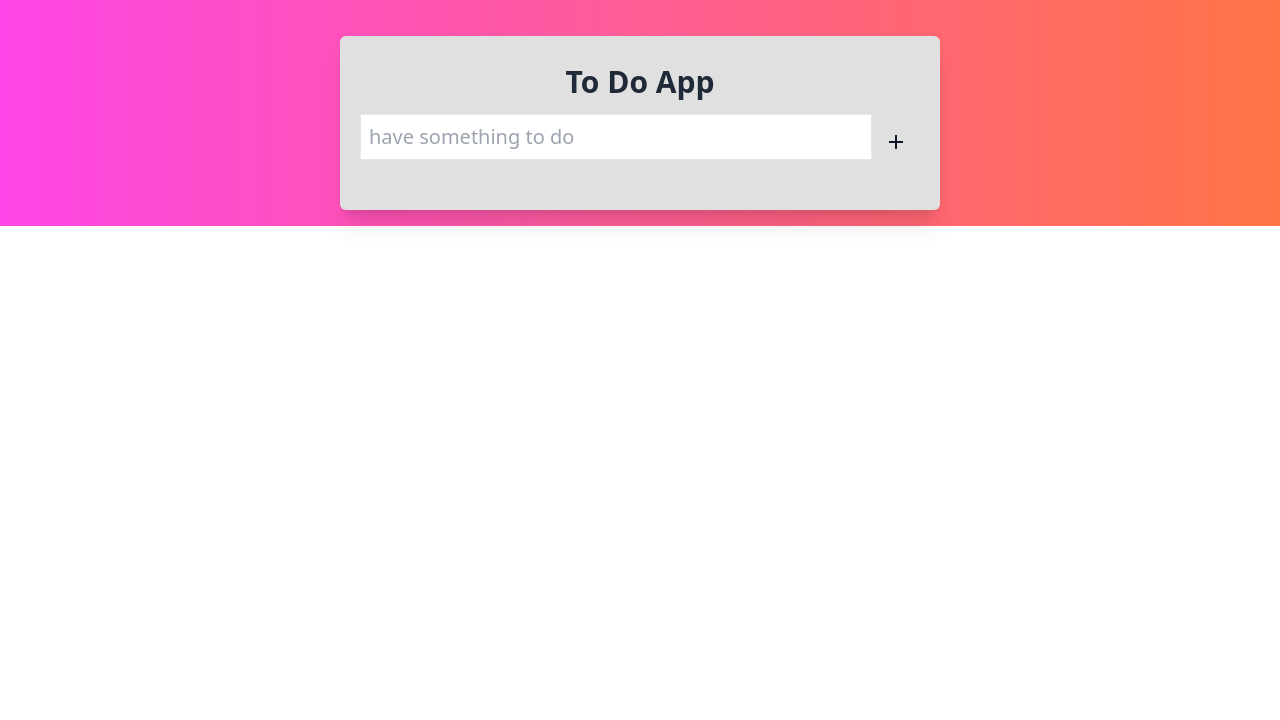
Repository: Nurlan-Bakenbaev/todoapp
Page: /
An editor plug-in stored every save of this project. The page is shown before and after a run of saves, followed by the edit.
The browser window is 1280 px wide. The pictures show the whole page.
The page's requests for data from a server got no answer. The project was rebuilt for these pictures with package versions that can differ from the ones it lists, and the page was loaded fresh each time. No one was signed in, and anything a server would have sent is missing. Also part of the build but not shown: vite.config.js, src/Todo.jsx.

Above is the page before, as saved 2023-08-27 23:23:04.

After the next 4 saves:
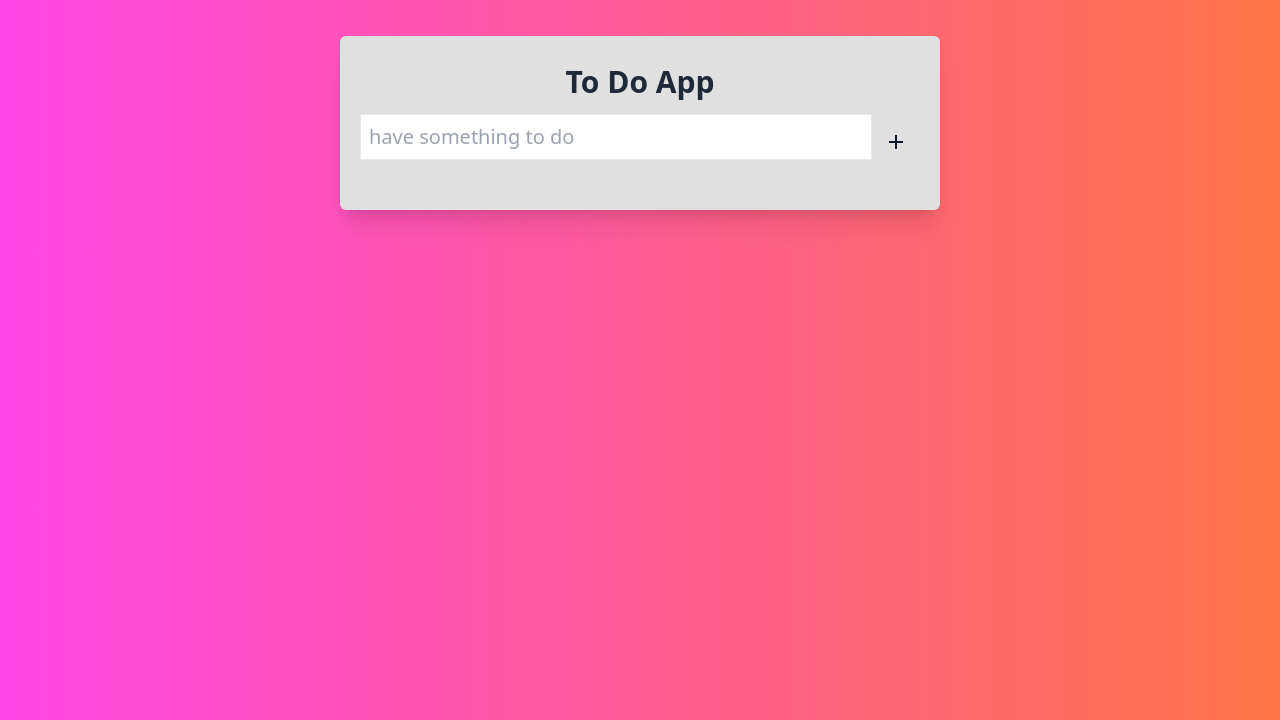
The 4 saves are shown as one change because they came seconds apart.
The last was saved 50 s later.
--- a/src/App.jsx
+++ b/src/App.jsx
@@ -60,7 +60,7 @@ function App() {
 
   //styling
   const style = {
-    bg: ` p-4 bg-gradient-to-r from-[#ff45e6] to-[#ff7445]`,
+    bg: `min-h-[100vh] p-4 bg-gradient-to-r from-[#ff45e6] to-[#ff7445]`,
     container: `bg-[#e0e0e0] max-w-[600px] w-full m-auto rounded-md shadow-xl p-5 mt-5`,
     heading: `text-3xl font-bold text-center text-gray-800 p-2`,
     form: `flex justify-between items-center`,
